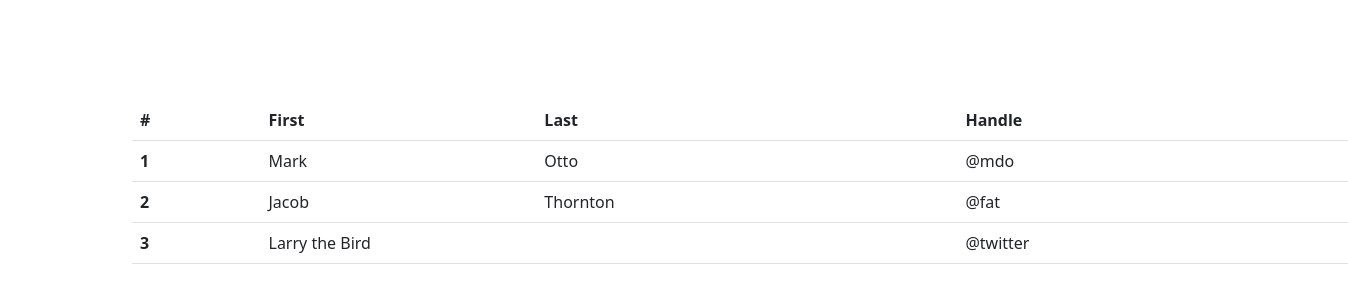
Repository: LCLY/location
Page: /
These files come from the project's save history. The page is drawn as it stood at one moment and after the next save; the edit follows.
The browser window is 1280 px wide. The page is 1348 px wide, then 1280 px, so the pictures cover 1348 px, including what lies to the right of the window. The pictures show the whole page.
The page's requests for data from a server got no answer. The project was rebuilt for these pictures with package versions that can differ from the ones it lists, and the page was loaded fresh each time. The framework's server and built-in components were replaced by stand-ins that run in the browser. No one was signed in, and anything a server would have sent is missing. Also part of the build but not shown: next.config.js.

Above is the page before, as saved 2022-09-12 17:15:52.

After the next save:
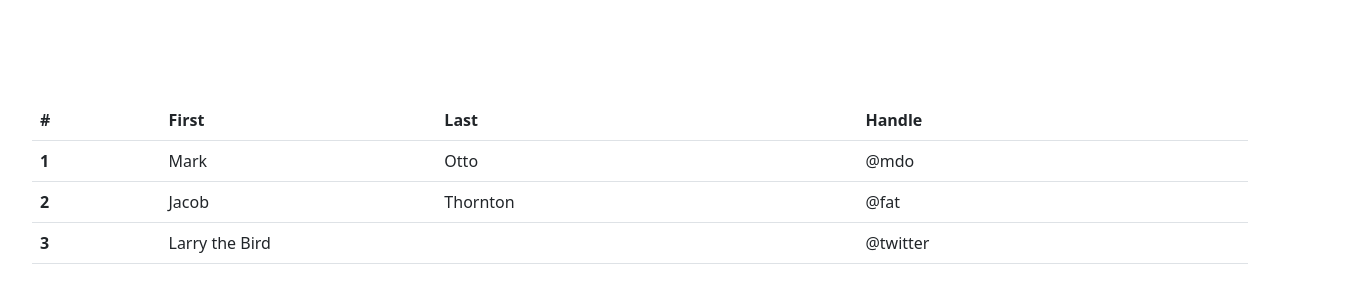
Saved 7 s later.
--- a/styles/Home.module.scss
+++ b/styles/Home.module.scss
@@ -12,7 +12,7 @@
 	align-items: center;
 
 	&__table {
-		margin: 100px;
+		margin-top: 100px;
 	}
 }
 
